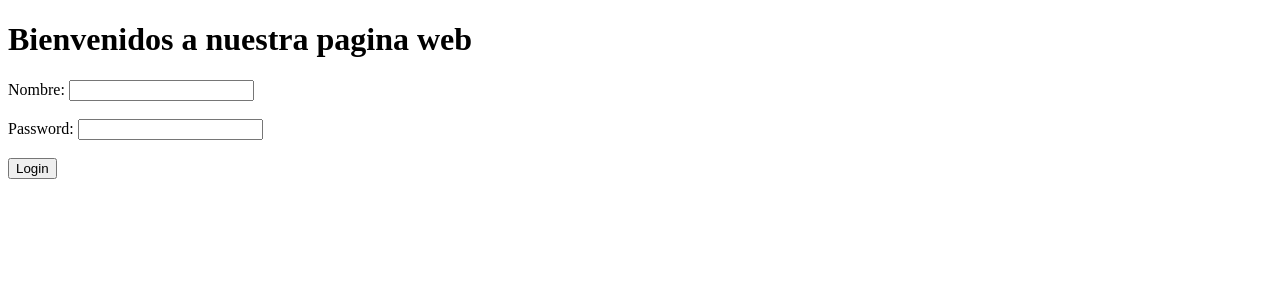
Repository: ismaeluceda/cursoJavaBasico
Page: 05_Web/WebContent/Inicio.html
These files come from the project's save history. The page is drawn as it stood at one moment and after the next save; the edit follows.
The browser window is 1280 px wide. The pictures show the whole page.

Above is the page before, as saved 2019-04-24 10:58:34.

After the next save:
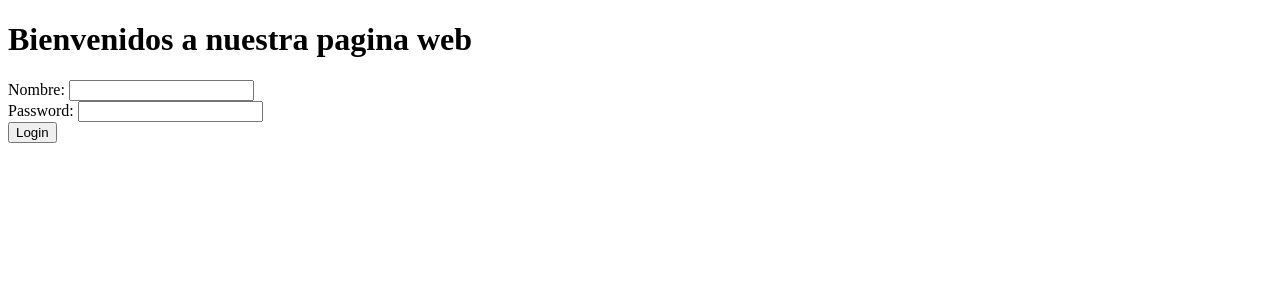
Saved 16 s later.
--- a/05_Web/WebContent/Inicio.html
+++ b/05_Web/WebContent/Inicio.html
@@ -8,9 +8,9 @@
 	<h1>Bienvenidos a nuestra pagina web</h1>
 	<form action="">
 		Nombre: <input type="text" name="nombreUsuario"></input>
-		<br/><br/>
+		<br/>
 		Password: <input type="password" name="pwdUsuario"></input>
-		<br/><br/>
+		<br/>
 		<input type="submit" value="Login"></input>
 
 	</form>
